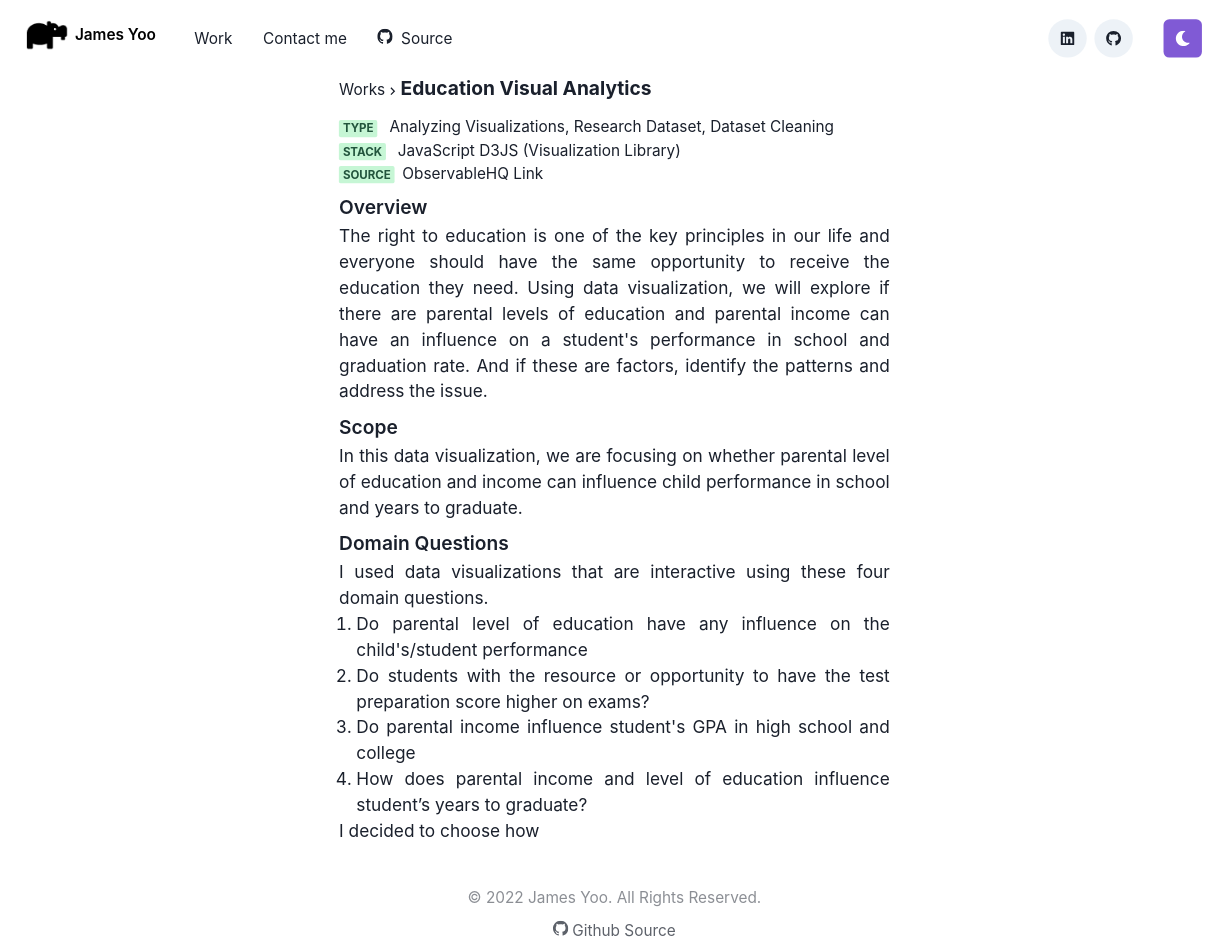
Repository: jammy729/portfolio-2022
Page: /work/educationvisualanalytics
The author's editor kept a copy of each file at every save. The page is drawn from the files as they stood at one save, then again after the next save.
The browser window is 1280 px wide. The pictures show the whole page, at 96% of full size.
The project was rebuilt for these pictures with package versions that can differ from the ones it lists, and the page was loaded fresh each time. Also part of the build but not shown: src/components/home.js, src/components/contact.js, src/components/layouts/layout.js, src/components/work/work.js, src/components/work/Development/WorldInstitutionDatabase/worldinstitutiondatabase.js, src/components/work/Development/GeoMemories/geomemories.js, src/components/work/Design/ExperienceDesign/experiencedesign.js, src/components/work/Development/PersonalPortfolio/personalportfolio.js. Imported but missing from the stored project, and not drawn on this page: src/components/work/Design/FinestCup/finestcup, src/components/work/Development/WorldInstitutionDatabase/universityDatabase.mp4.

Above is the page before, as saved 2022-06-28 15:14:36.

### public/index.html
<!DOCTYPE html>
<html lang="en">
  <head>
    <meta charset="utf-8" />
    <meta name="viewport" content="width=device-width, initial-scale=1" />

    <link rel="shortcut icon" href="%PUBLIC_URL%/hippo.png" />
    <link rel="manifest" href="%PUBLIC_URL%/manifest.json" />

    <title>James Yoo</title>
  </head>
  <body>
    <div id="root"></div>
  </body>
</html>

### src/index.js
import React from 'react'
import ReactDOM from 'react-dom/client'
import './index.css'
import App from './components/App'
import { ChakraProvider, ColorModeScript } from '@chakra-ui/react'

const root = ReactDOM.createRoot(document.getElementById('root'))
root.render(
  <React.StrictMode>
    <ChakraProvider>
      <ColorModeScript initialColorMode='light' />
      <App />
    </ChakraProvider>
  </React.StrictMode>
)

### src/index.css
html, body {
    height: 100%;
  }

### src/components/App.js
import React from 'react'
import Navbar from './navbar'
import { BrowserRouter as Router, Routes, Route } from 'react-router-dom'
import Home from './home'
import Contact from './contact'
import Work from './work/work'
import Footer from './footer'

import UniversityDatabase from './work/Development/WorldInstitutionDatabase/worldinstitutiondatabase'
import GeoMemories from './work/Development/GeoMemories/geomemories'
import FinestCup from './work/Design/FinestCup/finestcup'
import ExperienceDesign from './work/Design/ExperienceDesign/experiencedesign'
import EducationVisualAnalytic from './work/Development/EducationVisualAnalytics/educationvisualanalytics'
import PersonalPortfolio from './work/Development/PersonalPortfolio/personalportfolio'

const App = () => {
  return (
    <Router>
      <Navbar />
      <Routes>
        <Route exact path='/' element={<Home />} />

        <Route exact path='/work' element={<Work />} />
        <Route
          exact
          path='/work/worldinstitutiondatabase'
          element={<UniversityDatabase />}
        />
        <Route exact path='/work/geomemories' element={<GeoMemories />} />
        <Route
          exact
          path='/work/educationvisualanalytics'
          element={<EducationVisualAnalytic />}
        />
        <Route
          exact
          path='/work/personalportfolio'
          element={<PersonalPortfolio />}
        />

        <Route exact path='/work/finestcup' element={<FinestCup />} />
        <Route
          exact
          path='/work/experiencedesign'
          element={<ExperienceDesign />}
        />
        <Route exact path='/contact' element={<Contact />} />
      </Routes>
      <Footer />
    </Router>
  )
}

export default App

### src/components/navbar.js
import { Link } from 'react-router-dom'
import { IconButton } from '@chakra-ui/button'
import { useColorMode } from '@chakra-ui/color-mode'
import { HamburgerIcon } from '@chakra-ui/icons'
import { GoMarkGithub } from 'react-icons/go'
import {
  Flex,
  Stack,
  HStack,
  Spacer,
  MenuItem,
  MenuButton,
  Menu,
  MenuList,
  Box,
  MenuGroup,
  Text,
  Icon
} from '@chakra-ui/react'
import { FaSun, FaMoon, FaGithub, FaLinkedin } from 'react-icons/fa'

import Logo from './logo'
const Navbar = () => {
  const { colorMode, toggleColorMode } = useColorMode()
  const isDark = colorMode === 'dark'
  return (
    <Stack direction={'row'} p={5}>
      <Flex w='full' mx={2}>
        <Logo />

        <HStack
          ml={7}
          justifyContent='center'
          display={{ base: 'none', lg: 'flex' }}
        >
          <Menu>
            <Box px={3}>
              <Link to='./work'>
                <Text>Work</Text>
              </Link>
            </Box>
            <Box px={3}>
              <Link to='/contact'>Contact me</Link>
            </Box>
            <Box px={3} alignItems='center' display='inline-flex'>
              <a
                href='https://github.com/jammy729/portfolio-2022'
                target='blank'
              >
                <Icon as={GoMarkGithub} mr={1} /> Source
              </a>
            </Box>
          </Menu>
        </HStack>

        <Spacer />

        <Box flex={3} align='right' fontSize='md' fontWeight='semibold'>
          <Box flex={1} display={{ base: 'inline-block', lg: 'none' }}>
            <Menu isLazy id='navbar-menu'>
              <IconButton
                boxSize='3rem'
                mx={1}
                icon={isDark ? <FaSun /> : <FaMoon />}
                onClick={toggleColorMode}
                colorScheme={isDark ? 'orange' : 'purple'}
              />
              <MenuButton
                boxSize='3rem'
                as={IconButton}
                icon={<HamburgerIcon />}
                aria-label='Options'
                colorScheme={isDark ? 'blue' : 'blackAlpha'}
              />
              <MenuList w={['80vw', '50vw']}>
                <MenuGroup>
                  <MenuItem pl={5}>
                    <Link to='./work'>Work</Link>
                  </MenuItem>
                  <MenuItem pl={5}>
                    <Link to='./contact'>Contact</Link>
                  </MenuItem>
                  <MenuItem pl={5}>
                    <a
                      href='https://www.linkedin.com/in/james-yoo-b4a1231a5/'
                      target='blank'
                    >
                      <Icon as={FaLinkedin} mr={1} />
                      LinkedIn
                    </a>
                  </MenuItem>
                  <MenuItem pl={5}>
                    <a href='https://github.com/jammy729' target='blank'>
                      <Icon as={GoMarkGithub} mr={1} />
                      GitHub
                    </a>
                  </MenuItem>
                </MenuGroup>
              </MenuList>
            </Menu>
          </Box>
        </Box>

        <Box display={{ base: 'none', lg: 'flex' }}>
          <a
            href='https://www.linkedin.com/in/james-yoo-b4a1231a5/'
            target='blank'
          >
            <IconButton
              icon={<FaLinkedin />}
              isRound='true'
              linkButton={true}
              mx={2}
            />
          </a>
          <a href='https://github.com/jammy729' target='blank'>
            <IconButton icon={<FaGithub />} isRound='true' linkButton={true} />
          </a>
          <IconButton
            ml={8}
            icon={isDark ? <FaSun /> : <FaMoon />}
            onClick={toggleColorMode}
            colorScheme={isDark ? 'orange' : 'purple'}
          />
        </Box>
      </Flex>
    </Stack>
  )
}

export default Navbar

### src/components/footer.js
import { Box, Icon, Text, Container, HStack } from '@chakra-ui/react'
import styled from '@emotion/styled'
import { GoMarkGithub } from 'react-icons/go'

const Bottom = styled.div`
  position: relative;
  width: 100%;
  text-align: center;
  padding-bottom: 10px;
`

const Footer = () => {
  return (
    <Box as='footer'  w="100%" position="absolute" justifyContent="space-between" mt='2rem'>
      <Container opacity={0.5}>
        <Bottom>
          &copy; {new Date().getFullYear()} James Yoo. All Rights Reserved.
        </Bottom>
      </Container>

      <HStack>
        <Bottom>
          <a
            href='https://github.com/jammy729/portfolio-2022'
            target='_blank'
            rel='noopener noreferrer'
          >
            <Text
              opacity={0.7}
              _hover={{
                opacity: '1'
              }}
            >
              <Icon as={GoMarkGithub} mr={1} />
              Github Source
            </Text>
          </a>
        </Bottom>
      </HStack>
    </Box>
  )
}

export default Footer

### src/components/work/Development/EducationVisualAnalytics/educationvisualanalytics.js
import React from 'react'
import { Title, WorkImage, Tag } from '../../../layouts/work-grid'
import { Box, Container, List, ListItem, OrderedList } from '@chakra-ui/react'
import { Writing, DescriptionText } from '../../layout'

const EducationVisualAnalytics = () => {
  return (
    <Box>
      <Container>
        <Title>Education Visual Analytics</Title>
        {/* BADGES  */}
        <List>
          <ListItem>
            <Tag> Type </Tag> Analyzing Visualizations, Research Dataset,
            Dataset Cleaning
          </ListItem>
          <ListItem>
            <Tag> Stack </Tag> JavaScript D3JS (Visualization Library)
          </ListItem>
          <ListItem>
            <Tag> Source </Tag>
            <a
              target='blank'
              href='https://observablehq.com/@jamesyoo/iat-355-final-project-spring-2021/2'
            >
              ObservableHQ Link
            </a>
          </ListItem>
        </List>

        {/* OVERVIEW   */}
        <Writing size='md' title='Overview' />
        <DescriptionText>
          The right to education is one of the key principles in our life and
          everyone should have the same opportunity to receive the education
          they need. Using data visualization, we will explore if there are
          parental levels of education and parental income can have an influence
          on a student's performance in school and graduation rate. And if these
          are factors, identify the patterns and address the issue.
        </DescriptionText>

        {/* SCOPE  */}
        <Writing size='md' title='Scope' />
        <DescriptionText>
          In this data visualization, we are focusing on whether parental level
          of education and income can influence child performance in school and
          years to graduate.
        </DescriptionText>

        {/* DOMAIN QUESTIONS  */}
        <Writing size='md' title='Domain Questions' />
        <DescriptionText>
          I used data visualizations that are interactive using these four
          domain questions.
          <OrderedList>
            <ListItem>
              Do parental level of education have any influence on the
              child's/student performance
            </ListItem>
            <ListItem>
              Do students with the resource or opportunity to have the test
              preparation score higher on exams?
            </ListItem>
            <ListItem>
              Do parental income influence student's GPA in high school and
              college
            </ListItem>
            <ListItem>
              How does parental income and level of education influence
              student’s years to graduate?
            </ListItem>
          </OrderedList>
          I decided to choose how
        </DescriptionText>
      </Container>
    </Box>
  )
}

export default EducationVisualAnalytics

/* <Center>
<Container>
  <Title>Education Visual Analytic</Title>
  <Text fontSize={isLargeScreen ? "lg" : "lg"} py={3}>
    Designed and implemented an interactive visualization for
    multidimensional data using Observable.{" "}
  </Text>
  <Text fontSize={isLargeScreen ? "lg" : "lg"} py={3}>
    Implemented two datasets to investigate and question the impact of
    parental levels of education and income on the student's performance
    in school and graduation rate.
  </Text>
  <List py={2}>
    <ListItem>
      <Tag>Type</Tag> Academic Project
    </ListItem>
    <ListItem>
      <Tag>Stack</Tag> JavaScript and D3JS (visualization library)
    </ListItem>
    <ListItem>
      <Tag>Website</Tag>{" "}
      <a href="https://observablehq.com/@jamesyoo/iat-355-final-project-spring-2021/2">
        https://observablehq.com/@jamesyoo/iat-355-final-project-spring-2021/2
      </a>
    </ListItem>
  </List>
</Container>
</Center> */

### src/components/logo.js
import React from 'react'
import { Box, Center, Image, Heading, Text } from '@chakra-ui/react'
import { Link } from 'react-router-dom'
import { useColorMode } from '@chakra-ui/color-mode'
import styled from '@emotion/styled'
import HippoImg from '../contents/hippo.png'
import HippoImgDark from '../contents/hippo-dark.png'
import { useMediaQuery } from '@chakra-ui/react'

const LogoBox = styled.span`
  display: inline-flex;
  align-items: center;

  &:hover img {
    transform: rotate(-10deg);
  }
`
const Logo = () => {
  const { colorMode } = useColorMode()
  const isDark = colorMode === 'dark'
  const [isLargeScreen] = useMediaQuery('(min-width:750px)')
  return (
    <Box>
      <Center>
        <LogoBox>
          <Image
            src={isDark ? HippoImgDark : HippoImg}
            w={{ base: '50px' }}
            pr={2}
          />
          <Heading
            justifyContent='center'
            size={isLargeScreen ? 'md' : 'md'}
            fontWeight='semibold'
            color={isDark ? 'white' : 'black'}
          >
            <Link to='/'>
              <Text fontSize='md'>James Yoo</Text>
            </Link>
          </Heading>
        </LogoBox>
      </Center>
    </Box>
  )
}

export default Logo

### src/components/layouts/work-grid.js
import React from 'react'
import { Link } from 'react-router-dom'
import {
  Box,
  LinkBox,
  LinkOverlay,
  Text,
  Image,
  Heading,
  Badge,
  Center
} from '@chakra-ui/react'
import { useMediaQuery } from '@chakra-ui/media-query'
import { ChevronRightIcon } from '@chakra-ui/icons'
import { useColorMode } from '@chakra-ui/color-mode'

export const WorkGrid = ({ children, id, title, thumbnail }) => {
  const [isLargeScreen] = useMediaQuery('(min-width:750px)')

  return (
    <Box maxW='100%' maxH='auto' pb={6} textAlign='center' position='relative'>
      <Link to={`/work/${id}`}>
        <LinkBox cursor='pointer'>
          <Image
            objectFit='cover'
            margin='auto'
            src={thumbnail}
            alt={title}
            placeholder='blur'
            w='100%'
            h={isLargeScreen ? '300px' : '270px'}
            borderRadius='lg'
            fallbackSrc='https://via.placeholder.com/150'
          />
          <LinkOverlay to={`/work/${id}`}>
            <Text mt={2} fontSize={20} fontWeight='semibold'>
              {title}
            </Text>
          </LinkOverlay>
          <Text fontSize={14} px={5}>
            {children}
          </Text>
        </LinkBox>
      </Link>
    </Box>
  )
}

export const Title = ({ children }) => (
  <Box>
    <Link to='/work'>Works</Link>
    <span>
      <ChevronRightIcon />
    </span>
    <Heading display='inline-block' as='h3' fontSize={20} mb={4}>
      {children}
    </Heading>
  </Box>
)

export const WorkImage = ({ src, alt, caption, w }) => {
  const { colorMode } = useColorMode()

  const isDark = colorMode === 'dark'
  return (
    <Box mb={3}>
      <Image borderRadius='2xl' w={w} src={src} alt={alt} mt={4} />
      <Center>
        <Text color={isDark ? 'gray.300' : 'gray.500'}>{caption}</Text>
      </Center>
    </Box>
  )
}

export const Tag = ({ children }) => (
  <Badge colorScheme='green' mr={2}>
    {children}
  </Badge>
)

### src/components/work/layout.js
import React from 'react'
import { Link } from 'react-router-dom'
import { useColorMode } from '@chakra-ui/color-mode'
import { useMediaQuery } from '@chakra-ui/media-query'

import {
  Center,
  Flex,
  Box,
  Text,
  Button,
  Stack,
  Heading,
  Image
} from '@chakra-ui/react'
import profile from '../work/Home/profile.JPG'
export const HeroSection = ({ name, role, work, contact, src }) => {
  const { colorMode } = useColorMode()
  const isDark = colorMode === 'dark'

  const [isLargeScreen] = useMediaQuery('(min-width:750px)')
  return (
    <Center>
      <Flex>
        <Box>
          <Center>
            <Image
              boxSize={isLargeScreen ? '300px' : '250px'}
              src={profile}
              objectFit='cover'
              borderRadius='lg'
            />
          </Center>

          <Text fontSize='3xl' fontWeight='semibold'>
            {name}
          </Text>
          <Text color={isDark ? 'gray.200' : 'black'} mb={4}>
            {role}
          </Text>
          <Stack direction={isLargeScreen ? 'row' : 'column'}>
            <Link to='./work'>
              <Button
                colorScheme='teal'
                cursor='pointer'
                variant='solid'
                w='100%'
              >
                {work}
              </Button>
            </Link>

            <Link to='./contact'>
              <Button
                colorScheme='teal'
                cursor='pointer'
                variant='outline'
                w='100%'
              >
                {contact}
              </Button>
            </Link>
          </Stack>
        </Box>
      </Flex>
    </Center>
  )
}

export const About = ({ title, bio }) => {
  const [isLargeScreen] = useMediaQuery('(min-width:750px)')

  return (
    <Center>
      <Box width={isLargeScreen ? '600px' : '80%'} margin='auto'>
        <Heading size={isLargeScreen ? 'md' : 'lg'} as='u'>
          {title}
        </Heading>
        <Text
          textAlign='justify'
          py='10px'
          fontSize={{ sm: 'lg', md: 'lg', lg: 'md' }}
        >
          {bio}
        </Text>
      </Box>
    </Center>
  )
}

export const Writings = ({ size, title, description }) => {
  return (
    <>
      <Heading size={size} mt={3} mb={1} fontWeight='semibold'>
        {title}
      </Heading>
      <Text mb={3} fontSize='lg' textAlign='justify'>
        {description}
      </Text>
    </>
  )
}

export const Writing = ({ size, title }) => {
  return (
    <>
      <Heading size={size} mt={3} mb={1} fontWeight='semibold'>
        {title}
      </Heading>
    </>
  )
}

export const DescriptionText = ({ children }) => {
  return (
    <>
      <Text mb={3} fontSize='lg' textAlign='justify'>
        {children}
      </Text>
    </>
  )
}

After the next save:
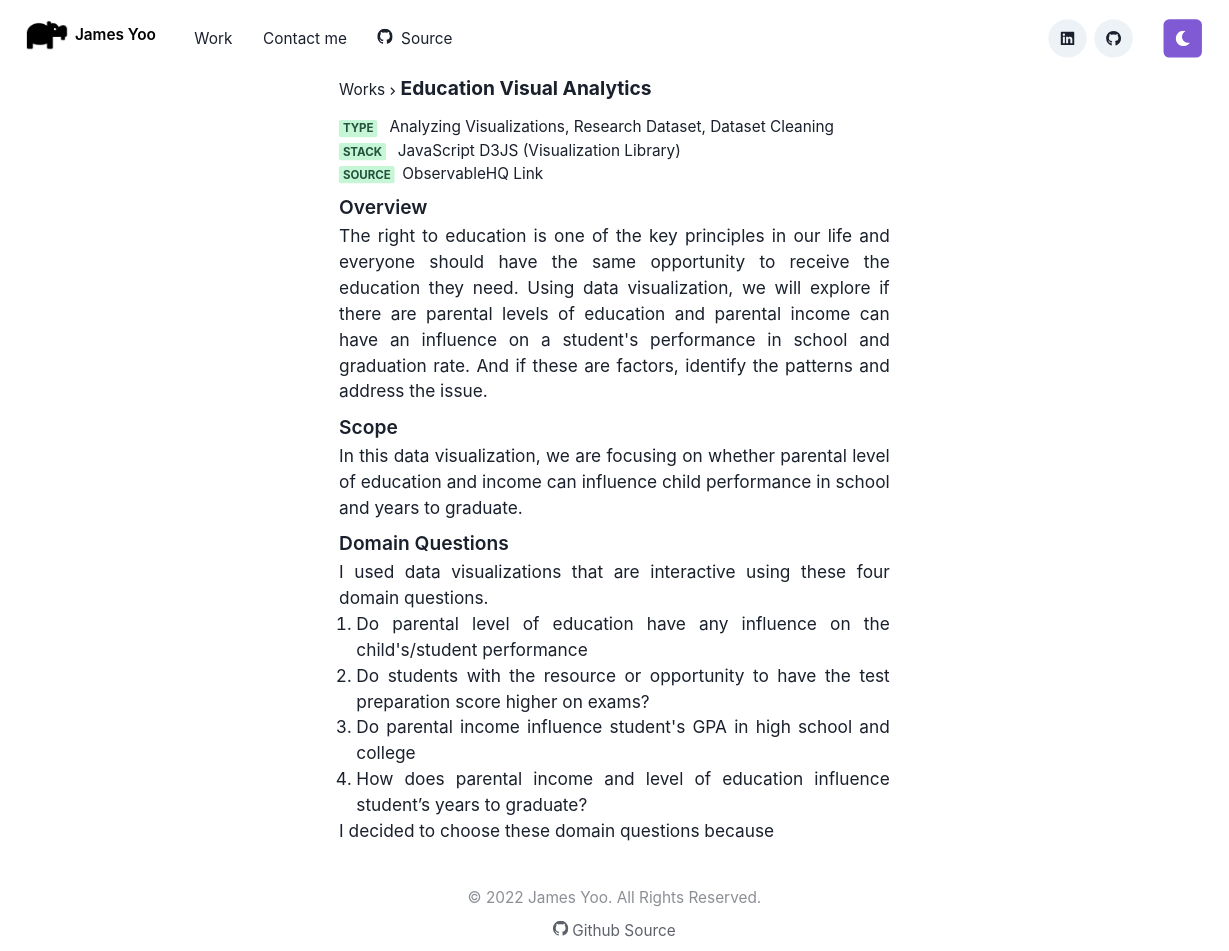
Saved 22 s later.
--- a/src/components/work/Development/EducationVisualAnalytics/educationvisualanalytics.js
+++ b/src/components/work/Development/EducationVisualAnalytics/educationvisualanalytics.js
@@ -70,7 +70,7 @@ const EducationVisualAnalytics = () => {
               student’s years to graduate?
             </ListItem>
           </OrderedList>
-          I decided to choose how
+          I decided to choose these domain questions because
         </DescriptionText>
       </Container>
     </Box>
